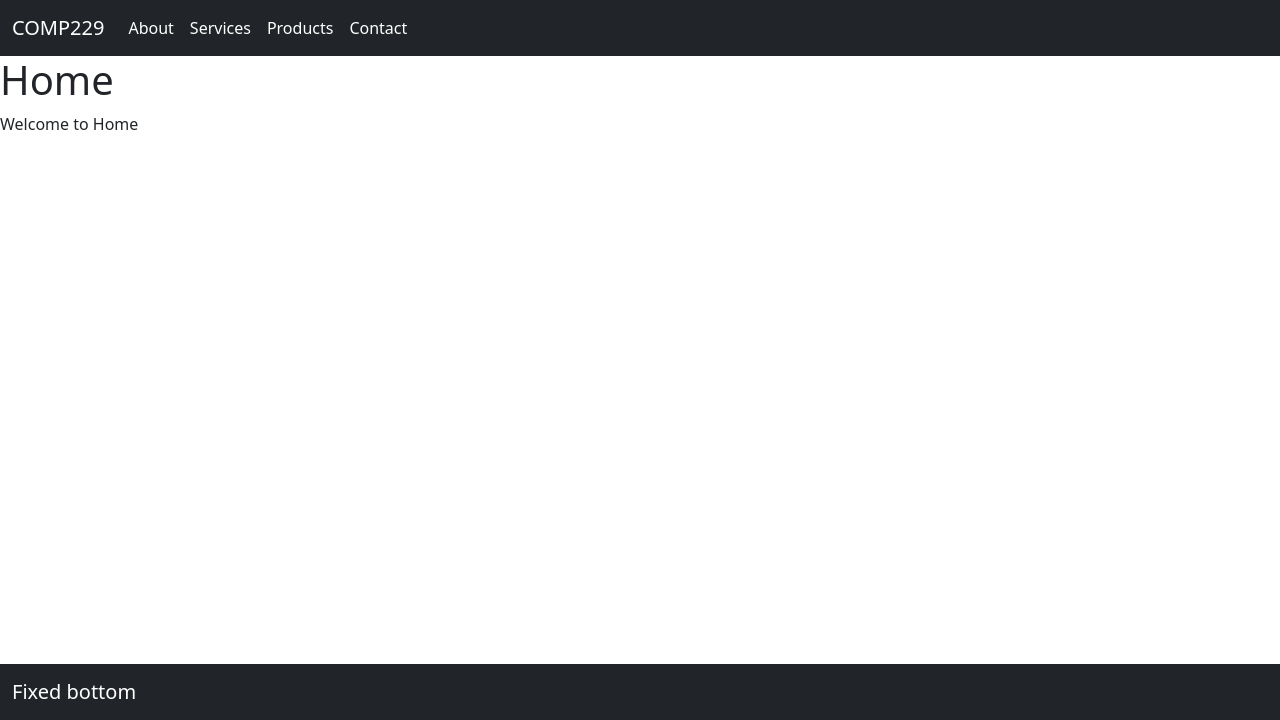
Repository: BlessingAjiboye/WEEJ4JULIO
Page: http://localhost/
An editor plug-in stored every save of this project. The page is shown before and after the next save, followed by the edit.
The browser window is 1280 px wide. The pictures show the whole page.
The page is served by the project's Node server (server.js).

Above is the page before, as saved 2022-09-24 11:12:52.

After the next save:
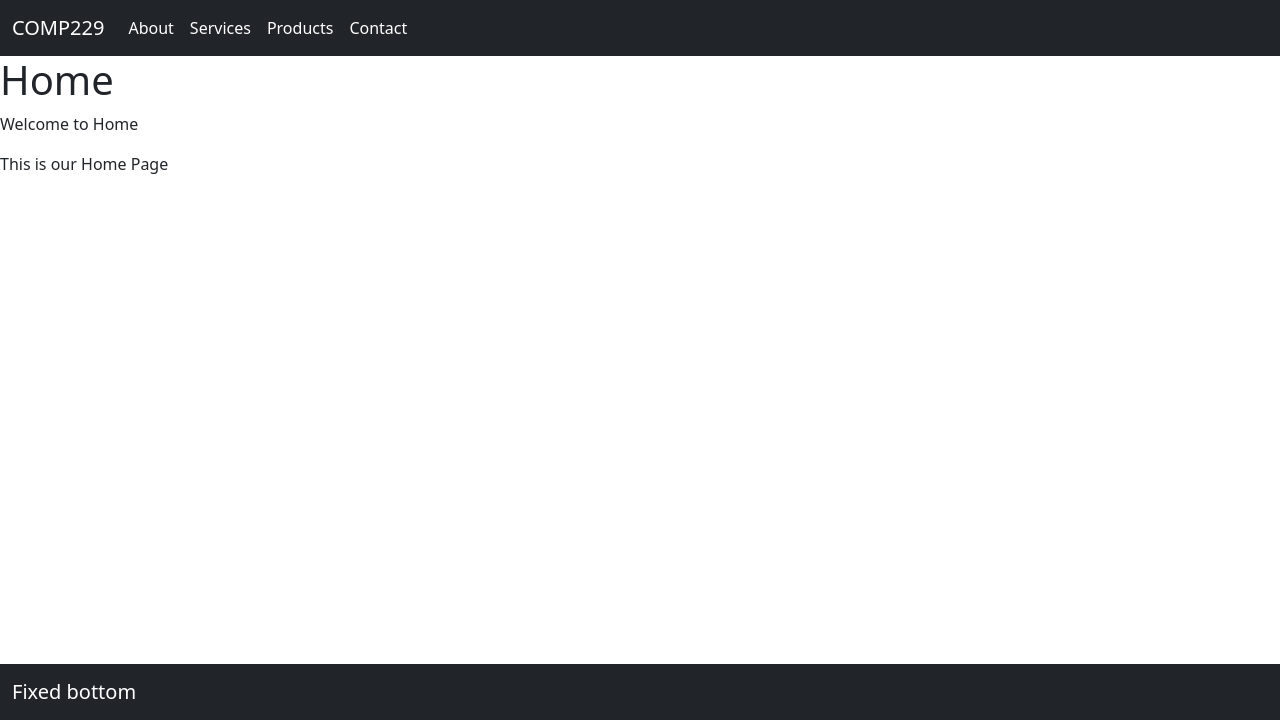
Saved 69 s later.
--- a/views/index.ejs
+++ b/views/index.ejs
@@ -5,6 +5,7 @@
 
   <h1><%= title %></h1>
    <p>Welcome to <%= title %></p>
+<p>This is our Home Page</p>
 
    <%-include partials/bottom_nav.ejs%>
 <%-include partials/footer.ejs%>
